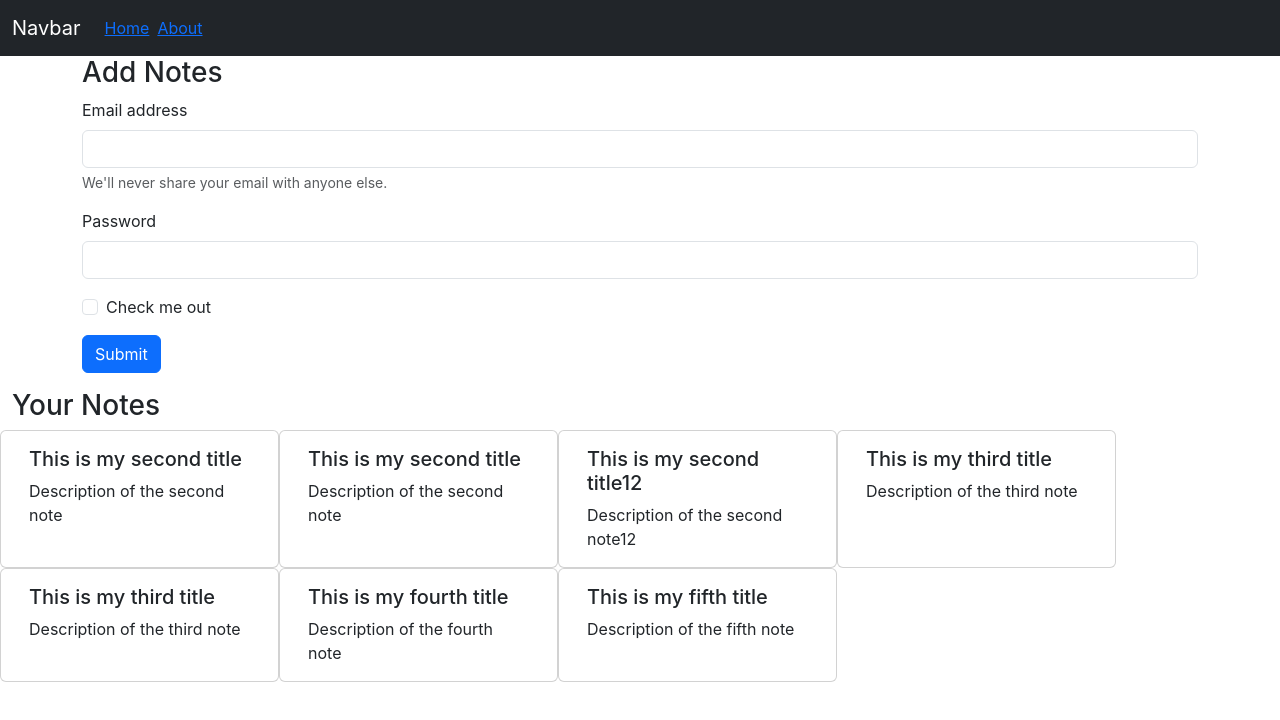
Repository: alphacode77/DailyNotes-react
Page: /
An editor plug-in stored every save of this project. The page is shown before and after the next save, followed by the edit.
The browser window is 1280 px wide. The pictures show the whole page.
Some web libraries are served in a nearby version. The project was rebuilt for these pictures with package versions that can differ from the ones it lists, and the page was loaded fresh each time. Also part of the build but not shown: src/App.css, src/components/About.js.

Above is the page before, as saved 2023-02-28 16:45:11.

After the next save:
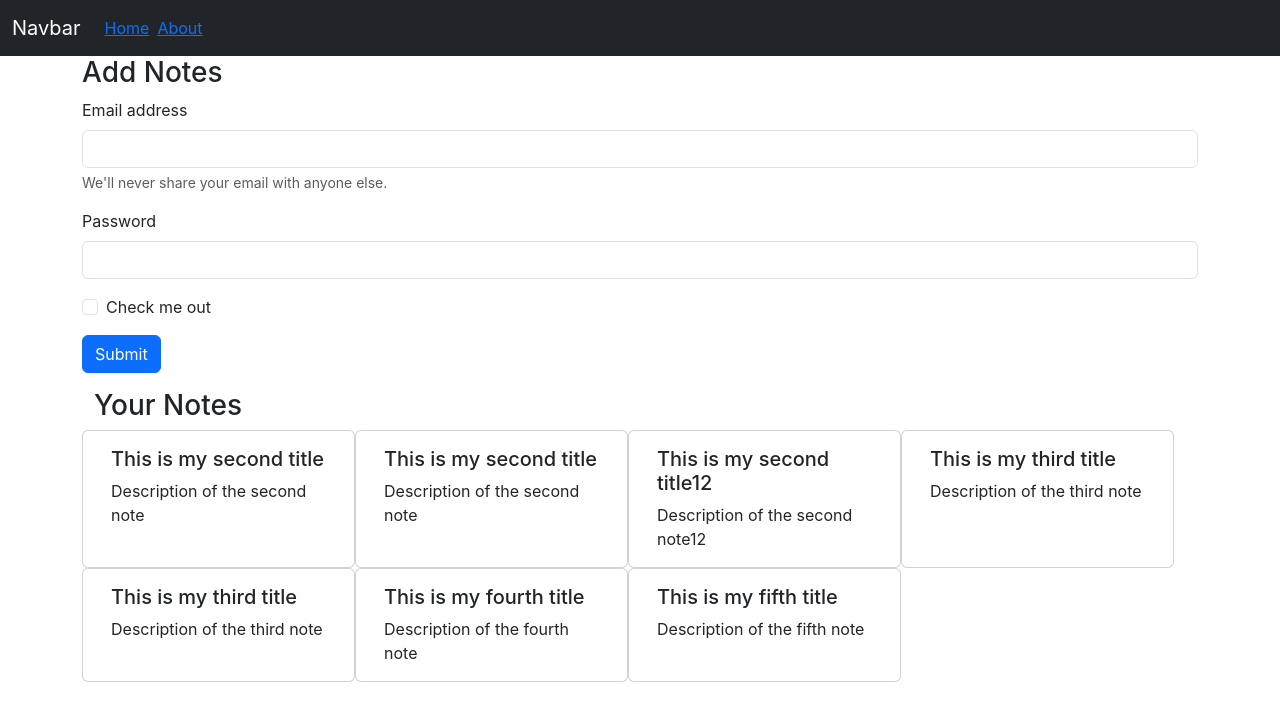
Saved 67 s later.
--- a/src/components/Home.js
+++ b/src/components/Home.js
@@ -24,7 +24,9 @@ const Home =()=>{
   <button type="submit" className="btn btn-primary">Submit</button>
 </form>
 </div>
+<div className="container">
 <Notes/>
+</div>
         </>
     )
 }
